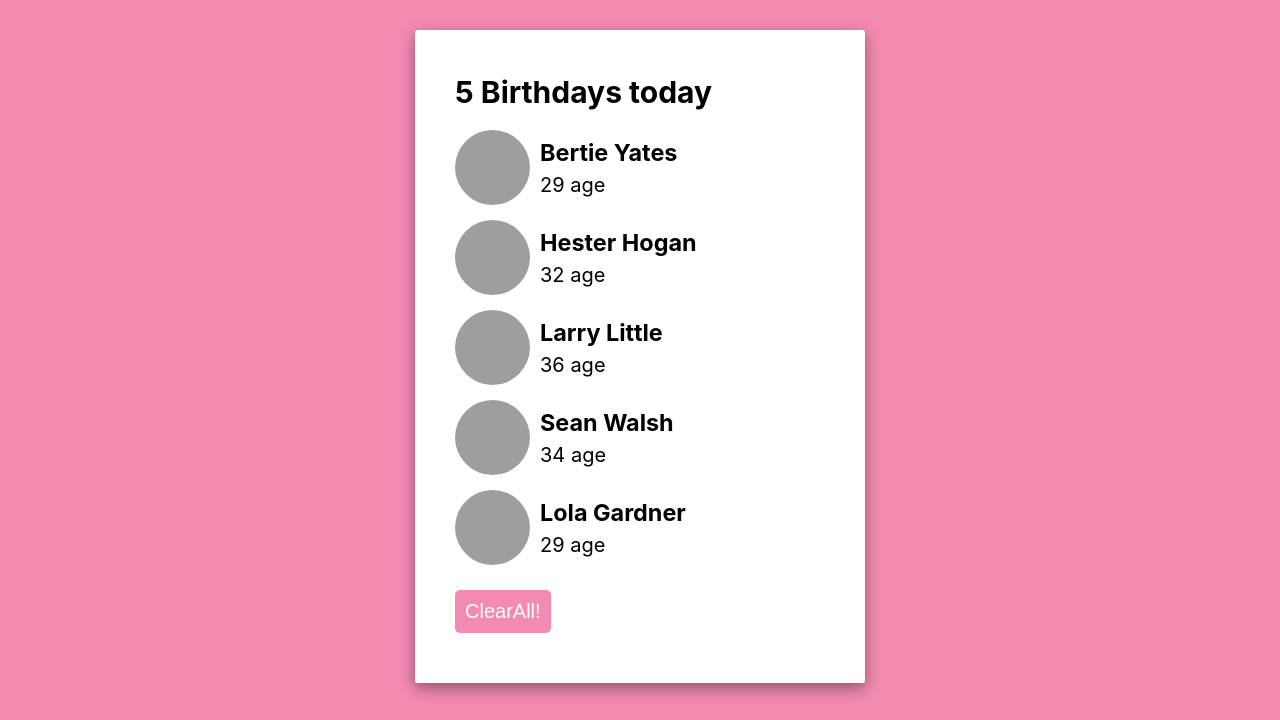
Repository: thaiduy1704/ReactTypeScript-Basic
Page: / (app in 01-birthday-reminder/)
The author's editor kept a copy of each file at every save. The page is drawn from the files as they stood at one save, then again after the next save.
The browser window is 1280 px wide. The pictures show the whole page.
Pictures or frames that could not be fetched are drawn as grey boxes. The project was rebuilt for these pictures with package versions that can differ from the ones it lists, and the page was loaded fresh each time.

Above is the page before, as saved 2022-08-05 16:33:12.

### 01-birthday-reminder/src/index.css
body {
	margin: 0;
	font-family: -apple-system, BlinkMacSystemFont, 'Segoe UI', 'Roboto', 'Oxygen',
		'Ubuntu', 'Cantarell', 'Fira Sans', 'Droid Sans', 'Helvetica Neue',
		sans-serif;
	-webkit-font-smoothing: antialiased;
	-moz-osx-font-smoothing: grayscale;
}

code {
	font-family: source-code-pro, Menlo, Monaco, Consolas, 'Courier New',
		monospace;
}

/* Global Style */
:root {
	--clr-background: #f28ab2;
	--clr-paragraph: #627e99
	--spacing: 0.1rem;
	--radius: 0.25rem;
	--light-shadow: 0 5px 15px rgba(0, 0, 0, 0.1);
	--dark-shadow: 0 5px 15px rgba(0, 0, 0, 0.4);
	--max-width: 1170px;
	--fixed-width: 450px;
	--transition: all 0.3s linear;
}

html {
	font-size: 62.5%;
}

*,
*::before,
*::after {
	padding: 0;
	margin: 0;
	box-sizing: border-box;
}

body {
	line-height: 1.5;
	background: var(--clr-background);
	font-size: 2rem;
}

/* Typography */
ul {
	list-style-type: none;
}

a {
	text-decoration: none;
}

h1,
h2,
h3,
h4 {
	letter-spacing: var(--spacing);
}

/* Layout */
.container {
	min-height: 100vh;
	display: flex;
	justify-content: center;
	align-items: center;
}

### 01-birthday-reminder/src/App.tsx
import { useState } from "react";
import { Card } from "./components/Card";
import { data } from "./data";

function App() {
  const [people, setPeople] = useState(data);

  const clearPeople = () => {
    setPeople([]);
  };

  const restartPeople = () => {
    setPeople(data);
  };

  return (
    <Card
      people={people}
      clearPeople={clearPeople}
      restartPeople={restartPeople}
    />
  );
}

export default App;

### 01-birthday-reminder/src/components/Card.tsx
import React from "react";
import styled from "styled-components";

import Person, { PersonType } from "./Person";

export interface PeopleType {
  people: PersonType[];
  clearPeople: () => void;
  restartPeople: () => void;
}
export const Card: React.FC<PeopleType> = ({
  people,
  clearPeople,
  restartPeople,
}) => {
  return (
    <Wrapper className="content">
      <h1>{people.length} Birthdays today</h1>
      <div>
        {people.map((person) => {
          return <Person key={person.id} {...person} />;
        })}
        <button
          className={`${people.length === 0 && "disable"}`}
          onClick={() => clearPeople()}
        >
          ClearAll!
        </button>
      </div>
    </Wrapper>
  );
};

const Wrapper = styled.section`
  background-color: white;
  width: 90vw;
  max-width: var(--fixed-width);
  padding: 4rem;
  border-radius: var(--radius);
  box-shadow: var(--dark-shadow);
  display: flex;
  flex-direction: column;
  margin: 3rem auto;
  button {
    background-color: var(--clr-background);
    border: none;
    border-radius: 5px;
    padding: 1rem;
    font-size: 2rem;
    color: white;
    cursor: pointer;
    margin: 1rem 0;
    transition: var(--transition);
  }
  button:hover {
    background-color: #df1563;
  }

  .disable {
    pointer-events: none;
    background-color: gray;
  }
`;

### 01-birthday-reminder/src/data.ts
export const data = [
  {
    id: 1,
    name: "Bertie Yates",
    age: 29,
    image:
      "https://res.cloudinary.com/diqqf3eq2/image/upload/v1595959131/person-2_ipcjws.jpg",
  },
  {
    id: 2,
    name: "Hester Hogan",
    age: 32,
    image:
      "https://res.cloudinary.com/diqqf3eq2/image/upload/v1595959131/person-3_rxtqvi.jpg",
  },
  {
    id: 3,
    name: "Larry Little",
    age: 36,
    image:
      "https://res.cloudinary.com/diqqf3eq2/image/upload/v1586883423/person-4_t9nxjt.jpg",
  },
  {
    id: 4,
    name: "Sean Walsh",
    age: 34,
    image:
      "https://res.cloudinary.com/diqqf3eq2/image/upload/v1586883417/person-3_ipa0mj.jpg",
  },
  {
    id: 5,
    name: "Lola Gardner",
    age: 29,
    image:
      "https://res.cloudinary.com/diqqf3eq2/image/upload/v1586883334/person-1_rfzshl.jpg",
  },
];

### 01-birthday-reminder/src/components/Person.tsx
import React from "react";
import styled from "styled-components";

export interface PersonType {
  id: number;
  name: string;
  age: number;
  image: string;
}

const Person: React.FC<PersonType> = ({ id, name, age, image }) => {
  return (
    <Wrapper>
      <img src={image} alt={name} />
      <div>
        <h3>{name}</h3>
        <p>{age} age</p>
      </div>
    </Wrapper>
  );
};
const Wrapper = styled.article`
  display: flex;
  margin: 1.5rem auto;
  align-items: center;

  img {
    width: 7.5rem;
    height: 7.5rem;
    object-fit: cover;
    margin-right: 1rem;
    border-radius: 50%;
  }
  p {
    color: var(--clr-paragraph);
    font-size: 2rem;
  }
`;
export default Person;

Loaded but not shown: 01-birthday-reminder/public/index.html (common file); 01-birthday-reminder/src/index.tsx (common file); 01-birthday-reminder/src/reportWebVitals.ts (common file)

After the next save:
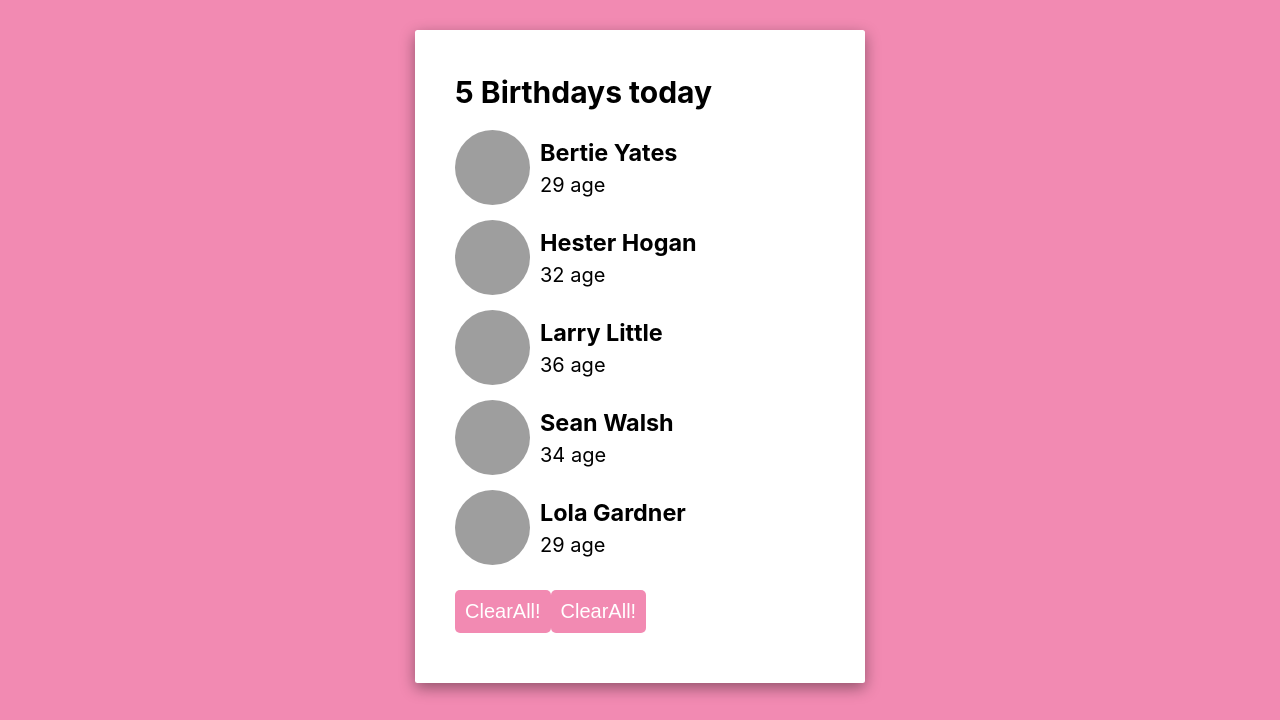
Saved 9 s later.
--- a/01-birthday-reminder/src/components/Card.tsx
+++ b/01-birthday-reminder/src/components/Card.tsx
@@ -20,6 +20,12 @@ export const Card: React.FC<PeopleType> = ({
         {people.map((person) => {
           return <Person key={person.id} {...person} />;
         })}
+        <button
+          className={`${people.length === 0 && "disable"}`}
+          onClick={() => clearPeople()}
+        >
+          ClearAll!
+        </button>
         <button
           className={`${people.length === 0 && "disable"}`}
           onClick={() => clearPeople()}
